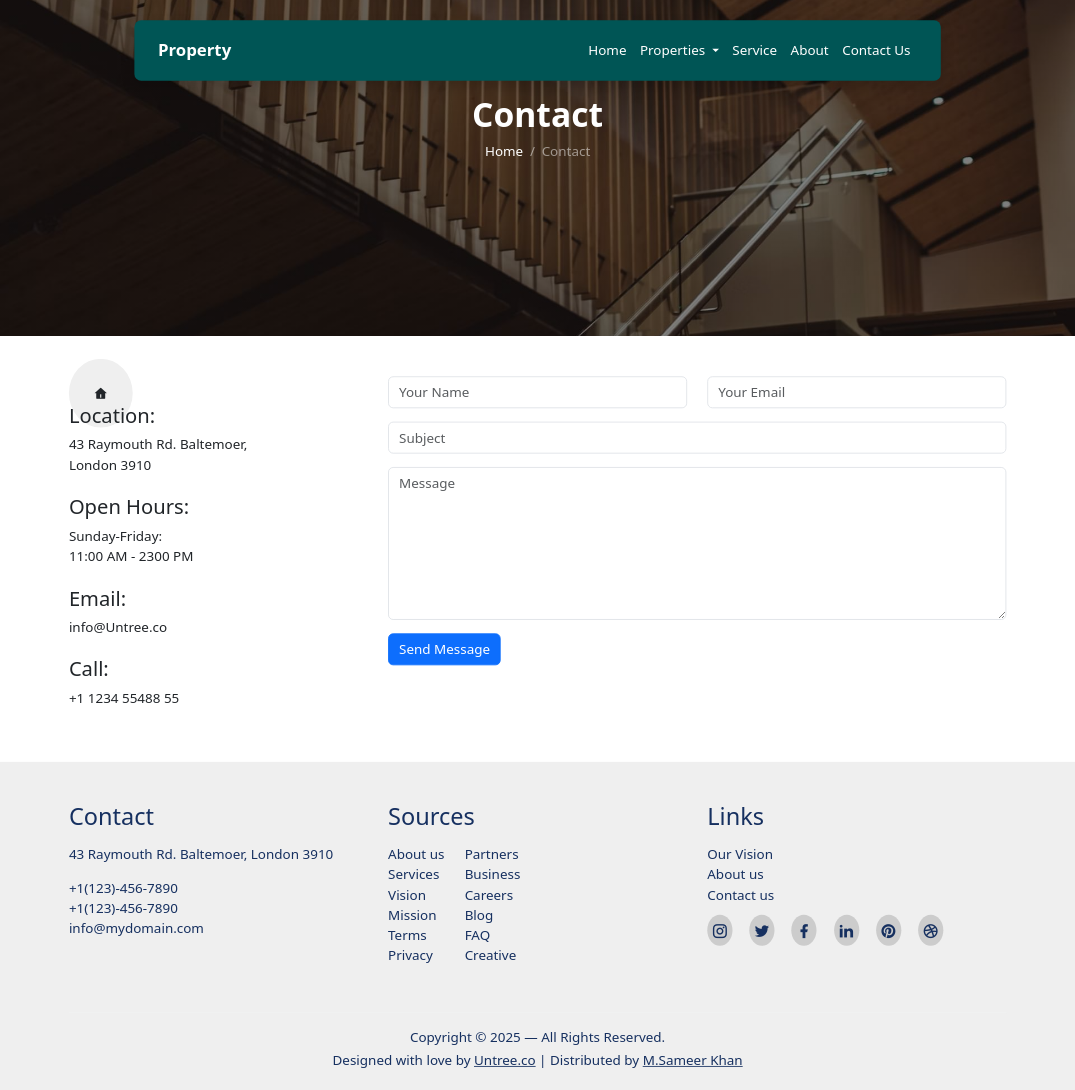
Repository: sameerrrrkhan911-git/Property
Page: contact.html
These files come from the project's save history. The page is drawn as it stood at one moment and after the next save; the edit follows.
The browser window is 1280 px wide. The pictures show the whole page, at 84% of full size.
Some icons come from a web library that is not loaded, so they are not drawn. Some web libraries are served in a nearby version.

Above is the page before, as saved 2025-09-28 18:57:52.
Console error: TypeError: Cannot read properties of undefined (reading 'length')

After the next save:
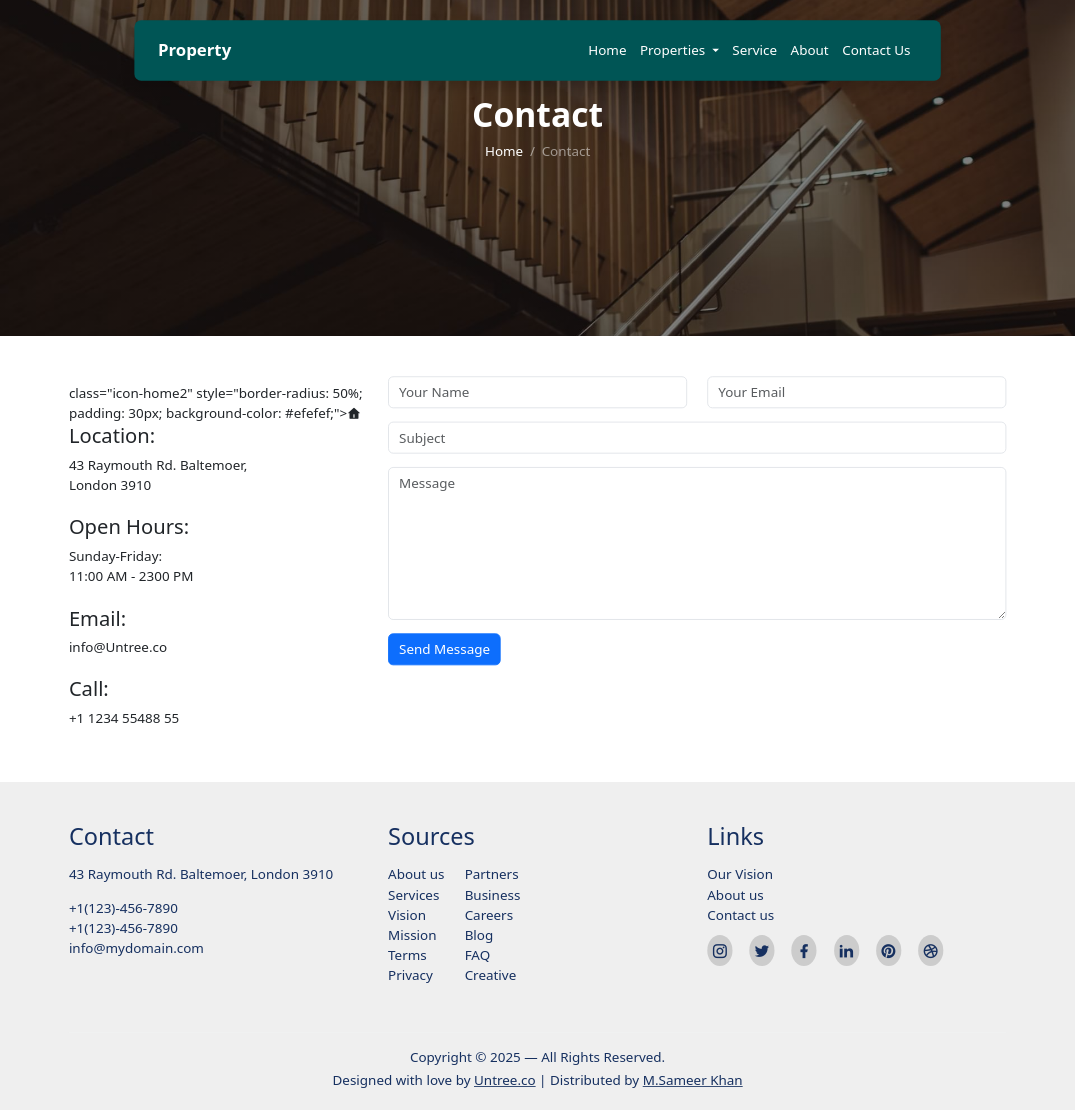
Saved 13 s later.
--- a/contact.html
+++ b/contact.html
@@ -102,7 +102,7 @@
             <div class="contact-info">
               <div class="address mt-2">
 
-                  <span class="icon-home2" style="border-radius: 50%; padding: 30px; background-color: #efefef;"><i
+                   class="icon-home2" style="border-radius: 50%; padding: 30px; background-color: #efefef;"><i
                       class="ri-home-4-fill"></i></span>
 
                 <h4 class="mb-2">Location:</h4>

After the save that followed:
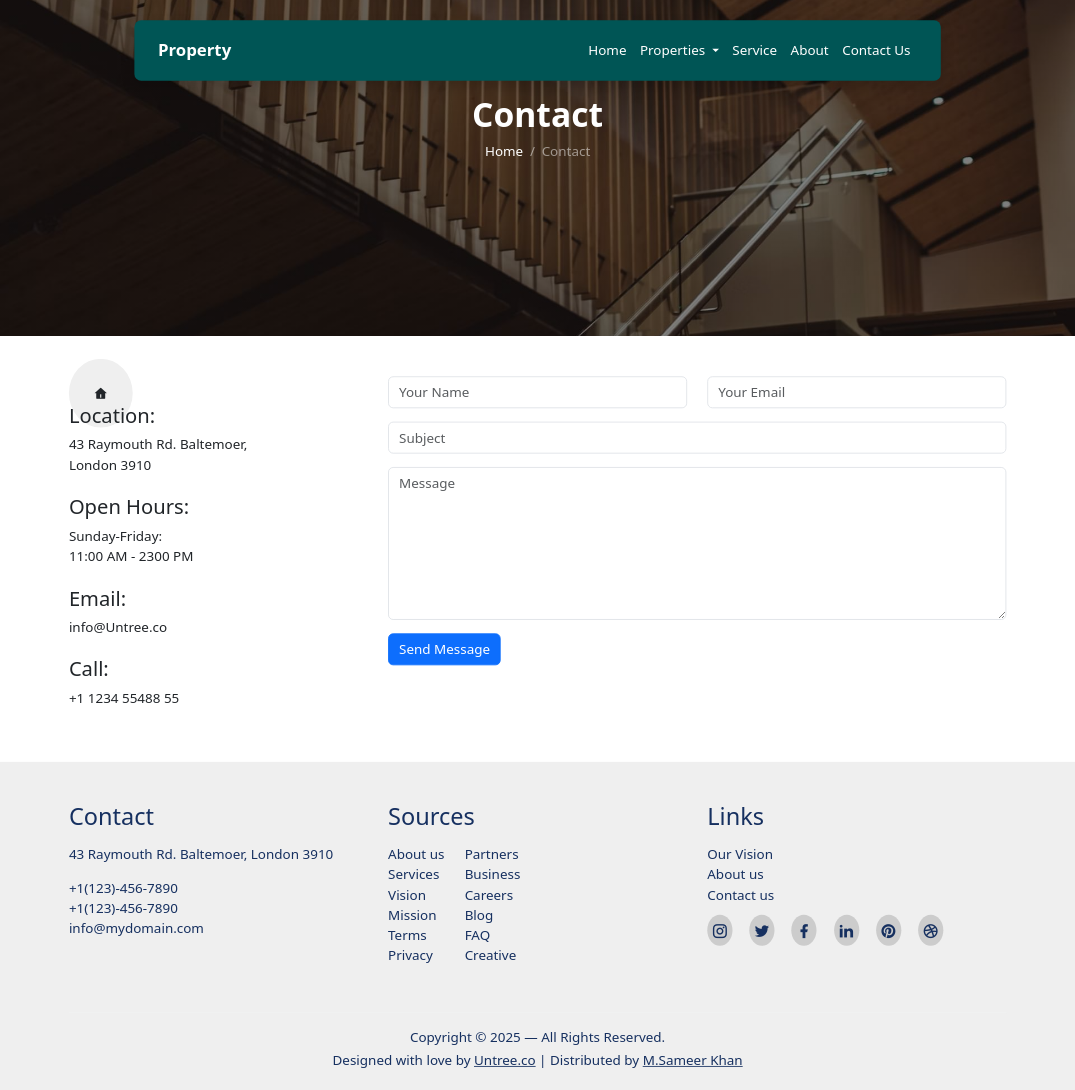
Saved 4 s later.
--- a/contact.html
+++ b/contact.html
@@ -102,7 +102,7 @@
             <div class="contact-info">
               <div class="address mt-2">
 
-                   class="icon-home2" style="border-radius: 50%; padding: 30px; background-color: #efefef;"><i
+                  <span class="icon-home2" style="border-radius: 50%; padding: 30px; background-color: #efefef;"><i
                       class="ri-home-4-fill"></i></span>
 
                 <h4 class="mb-2">Location:</h4>
